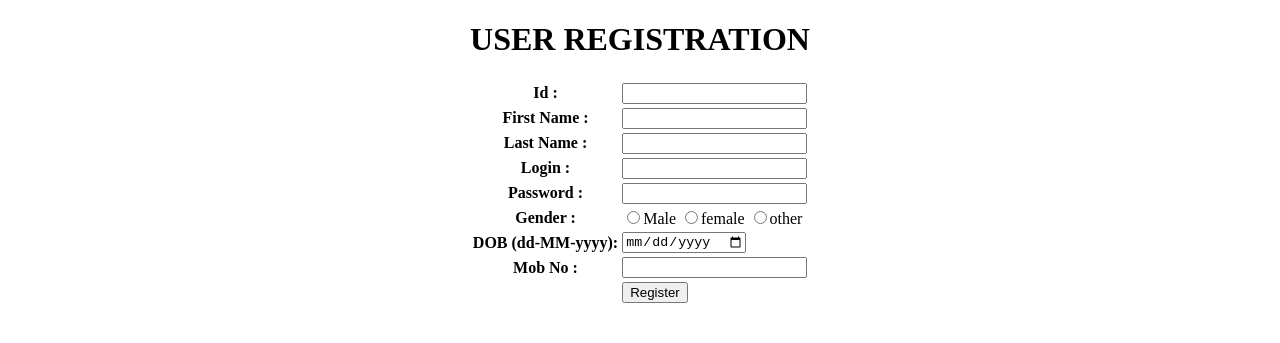
Repository: sachinmandloi1921/AdvanceJava
Page: http://localhost/Advance_Maven/RegView.jsp
These files come from the project's save history. The page is drawn as it stood at one moment and after the next save; the edit follows.
The browser window is 1280 px wide. The pictures show the whole page.
The page is served by Tomcat 9. Other server files are loaded and not shown.

Above is the page before, as saved 2022-07-11 06:11:12.

### Advance Workspace/Advance_Maven/src/main/webapp/RegView.jsp
<%@ page language="java" contentType="text/html; charset=ISO-8859-1"
	pageEncoding="ISO-8859-1"%>
<!DOCTYPE html>
<html>
<head>
<meta charset="ISO-8859-1">
<title>Insert title here</title>
</head>
<body>
	<form action="reg" method="post">

		<div align="center">
			<h1>USER REGISTRATION</h1>
			<table>
			<tr>
					<th>Id :</th>
					<td><input type="text" name="id" ></td>
				</tr>
				<tr>
					<th>First Name :</th>
					<td><input type="text" name="fname"></td>
				</tr>

				<tr>
					<th>Last Name :</th>
					<td><input type="text" name="lname"></td>
				</tr>

				<tr>
					<th>Login :</th>
					<td><input type="login" name="login"></td>
				</tr>

				<tr>
					<th>Password :</th>
					<td><input type="password" name="pwd"></td>
				</tr>

				<tr>
					<th>Gender :</th>
					<td><input type="radio" name="gender">Male <input
						type="radio" name="gender">female <input type="radio"
						name="gender">other</td>
				</tr>

				<tr>
					<th>DOB (dd-MM-yyyy):</th>
					<td><input type="date" name="dob"></td>
				</tr>

				<tr>
					<th>Mob No :</th>
					<td><input type="text" name="mob"></td>
				</tr>



				<tr>
					<th></th>
					<td><input type="submit" value="Register"></td>
				</tr>

			</table>
		</div>

	</form>
</body>
</html>

After the next save:
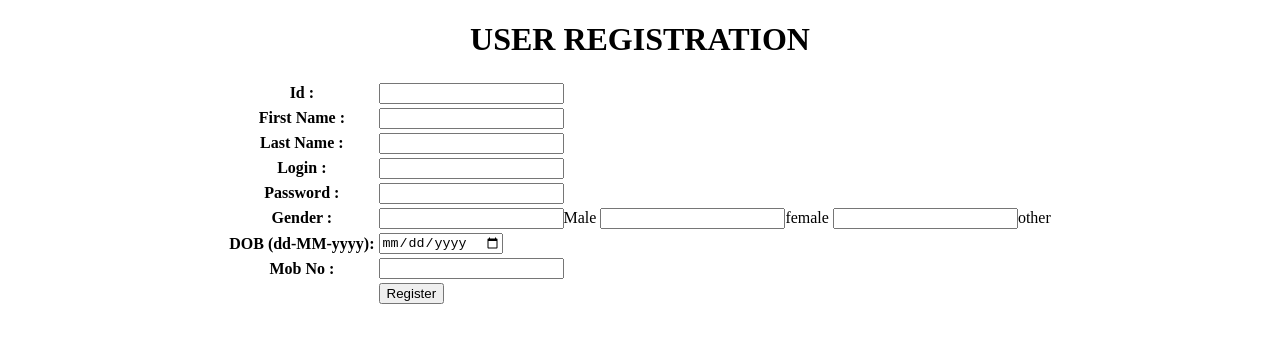
Saved 93 s later.
--- a/Advance Workspace/Advance_Maven/src/main/webapp/RegView.jsp
+++ b/Advance Workspace/Advance_Maven/src/main/webapp/RegView.jsp
@@ -38,8 +38,8 @@
 
 				<tr>
 					<th>Gender :</th>
-					<td><input type="radio" name="gender">Male <input
-						type="radio" name="gender">female <input type="radio"
+					<td><input type="option" name="gender">Male <input
+						type="option" name="gender">female <input type="option"
 						name="gender">other</td>
 				</tr>
 

After the save that followed:
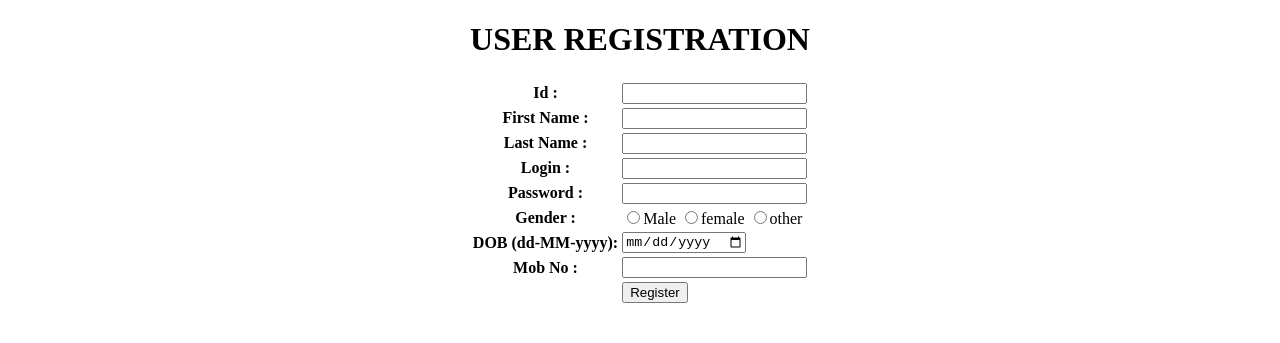
Saved 73 s later.
--- a/Advance Workspace/Advance_Maven/src/main/webapp/RegView.jsp
+++ b/Advance Workspace/Advance_Maven/src/main/webapp/RegView.jsp
@@ -38,8 +38,8 @@
 
 				<tr>
 					<th>Gender :</th>
-					<td><input type="option" name="gender">Male <input
-						type="option" name="gender">female <input type="option"
+					<td><input type="radio" name="gender">Male <input
+						type="radio" name="gender">female <input type="radio"
 						name="gender">other</td>
 				</tr>
 
